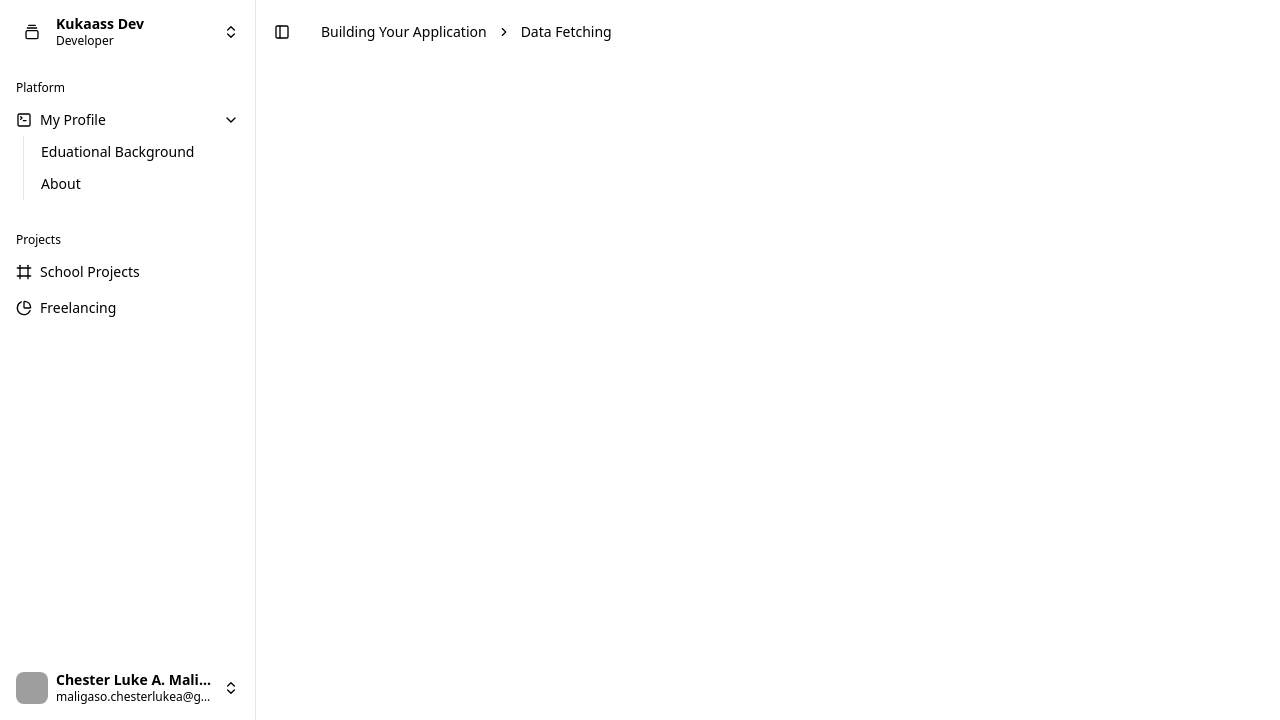
Repository: Kukaas/Kukaass-Portfolio
Page: /
An editor plug-in stored every save of this project. The page is shown before and after the next save, followed by the edit.
The browser window is 1280 px wide. The pictures show the whole page.
Pictures or frames that could not be fetched are drawn as grey boxes. The project was rebuilt for these pictures with package versions that can differ from the ones it lists, and the page was loaded fresh each time. Also part of the build but not shown: vite.config.js, src/components/ui/input.jsx, src/components/ui/sheet.jsx, src/components/ui/skeleton.jsx.

Above is the page before, as saved 2024-12-17 13:19:00.

### index.html
<!DOCTYPE html>
<html lang="en">
  <head>
    <meta charset="UTF-8" />
    <link rel="icon" type="image/svg+xml" href="/vite.svg" />
    <meta name="viewport" content="width=device-width, initial-scale=1.0" />
    <title>Kukaass Dev</title>
  </head>
  <body>
    <div id="root"></div>
    <script type="module" src="/src/main.jsx"></script>
  </body>
</html>

### src/App.jsx
import Home from "./components/dashboard/Home";

function App() {
  return (
    <div>
      <Home />
    </div>
  );
}

export default App;

### src/components/dashboard/Home.jsx
import { AppSidebar } from "@/components/app-sidebar";
import {
  Breadcrumb,
  BreadcrumbItem,
  BreadcrumbLink,
  BreadcrumbList,
  BreadcrumbPage,
  BreadcrumbSeparator,
} from "@/components/ui/breadcrumb";
import { Separator } from "@/components/ui/separator";
import {
  SidebarInset,
  SidebarProvider,
  SidebarTrigger,
} from "@/components/ui/sidebar";

export default function Home() {
  return (
    <SidebarProvider>
      <AppSidebar />
      <SidebarInset>
        <header className="flex h-16 shrink-0 items-center gap-2 transition-[width,height] ease-linear group-has-[[data-collapsible=icon]]/sidebar-wrapper:h-12">
          <div className="flex items-center gap-2 px-4">
            <SidebarTrigger className="-ml-1" />
            <Separator orientation="vertical" className="mr-2 h-4" />
            <Breadcrumb>
              <BreadcrumbList>
                <BreadcrumbItem className="hidden md:block">
                  <BreadcrumbLink href="#">
                    Building Your Application
                  </BreadcrumbLink>
                </BreadcrumbItem>
                <BreadcrumbSeparator className="hidden md:block" />
                <BreadcrumbItem>
                  <BreadcrumbPage>Data Fetching</BreadcrumbPage>
                </BreadcrumbItem>
              </BreadcrumbList>
            </Breadcrumb>
          </div>
        </header>
        <div className="flex flex-1 flex-col gap-4 p-4 pt-0">
          <div className="grid auto-rows-min gap-4 md:grid-cols-3">
            <div className="aspect-video rounded-xl bg-muted/50" />
            <div className="aspect-video rounded-xl bg-muted/50" />
            <div className="aspect-video rounded-xl bg-muted/50" />
          </div>
          <div className="min-h-[100vh] flex-1 rounded-xl bg-muted/50 md:min-h-min" />
        </div>
      </SidebarInset>
    </SidebarProvider>
  );
}

### src/components/app-sidebar.jsx
import {
  Frame,
  GalleryVerticalEnd,
  PieChart,
  SquareTerminal,
} from "lucide-react";

import { NavMain } from "@/components/nav-main";
import { NavProjects } from "@/components/nav-projects";
import { NavUser } from "@/components/nav-user";
import { TeamSwitcher } from "@/components/team-switcher";
import {
  Sidebar,
  SidebarContent,
  SidebarFooter,
  SidebarHeader,
  SidebarRail,
} from "@/components/ui/sidebar";

// This is sample data.
const data = {
  user: {
    name: "Chester Luke A. Maligaso",
    email: "maligaso.chesterlukea@gmail.com",
    avatar: "/avatars/shadcn.jpg",
  },
  teams: [
    {
      name: "Kukaass Dev",
      logo: GalleryVerticalEnd,
      plan: "Developer",
    },
  ],
  navMain: [
    {
      title: "My Profile",
      url: "#",
      icon: SquareTerminal,
      isActive: true,
      items: [
        {
          title: "Eduational Background",
          url: "#",
        },
        {
          title: "About",
          url: "#",
        },
      ],
    },
  ],
  projects: [
    {
      name: "School Projects",
      url: "#",
      icon: Frame,
    },
    {
      name: "Freelancing",
      url: "#",
      icon: PieChart,
    },
  ],
};

export function AppSidebar({ ...props }) {
  return (
    <Sidebar collapsible="icon" {...props}>
      <SidebarHeader>
        <TeamSwitcher teams={data.teams} />
      </SidebarHeader>
      <SidebarContent>
        <NavMain items={data.navMain} />
        <NavProjects projects={data.projects} />
      </SidebarContent>
      <SidebarFooter>
        <NavUser user={data.user} />
      </SidebarFooter>
      <SidebarRail />
    </Sidebar>
  );
}

### src/components/ui/breadcrumb.jsx
import * as React from "react"
import { Slot } from "@radix-ui/react-slot"
import { ChevronRight, MoreHorizontal } from "lucide-react"

import { cn } from "@/lib/utils"

const Breadcrumb = React.forwardRef(
  ({ ...props }, ref) => <nav ref={ref} aria-label="breadcrumb" {...props} />
)
Breadcrumb.displayName = "Breadcrumb"

const BreadcrumbList = React.forwardRef(({ className, ...props }, ref) => (
  <ol
    ref={ref}
    className={cn(
      "flex flex-wrap items-center gap-1.5 break-words text-sm text-muted-foreground sm:gap-2.5",
      className
    )}
    {...props} />
))
BreadcrumbList.displayName = "BreadcrumbList"

const BreadcrumbItem = React.forwardRef(({ className, ...props }, ref) => (
  <li
    ref={ref}
    className={cn("inline-flex items-center gap-1.5", className)}
    {...props} />
))
BreadcrumbItem.displayName = "BreadcrumbItem"

const BreadcrumbLink = React.forwardRef(({ asChild, className, ...props }, ref) => {
  const Comp = asChild ? Slot : "a"

  return (
    (<Comp
      ref={ref}
      className={cn("transition-colors hover:text-foreground", className)}
      {...props} />)
  );
})
BreadcrumbLink.displayName = "BreadcrumbLink"

const BreadcrumbPage = React.forwardRef(({ className, ...props }, ref) => (
  <span
    ref={ref}
    role="link"
    aria-disabled="true"
    aria-current="page"
    className={cn("font-normal text-foreground", className)}
    {...props} />
))
BreadcrumbPage.displayName = "BreadcrumbPage"

const BreadcrumbSeparator = ({
  children,
  className,
  ...props
}) => (
  <li
    role="presentation"
    aria-hidden="true"
    className={cn("[&>svg]:w-3.5 [&>svg]:h-3.5", className)}
    {...props}>
    {children ?? <ChevronRight />}
  </li>
)
BreadcrumbSeparator.displayName = "BreadcrumbSeparator"

const BreadcrumbEllipsis = ({
  className,
  ...props
}) => (
  <span
    role="presentation"
    aria-hidden="true"
    className={cn("flex h-9 w-9 items-center justify-center", className)}
    {...props}>
    <MoreHorizontal className="h-4 w-4" />
    <span className="sr-only">More</span>
  </span>
)
BreadcrumbEllipsis.displayName = "BreadcrumbElipssis"

export {
  Breadcrumb,
  BreadcrumbList,
  BreadcrumbItem,
  BreadcrumbLink,
  BreadcrumbPage,
  BreadcrumbSeparator,
  BreadcrumbEllipsis,
}

### src/components/nav-main.jsx
"use client"

import { ChevronRight } from "lucide-react";

import {
  Collapsible,
  CollapsibleContent,
  CollapsibleTrigger,
} from "@/components/ui/collapsible"
import {
  SidebarGroup,
  SidebarGroupLabel,
  SidebarMenu,
  SidebarMenuButton,
  SidebarMenuItem,
  SidebarMenuSub,
  SidebarMenuSubButton,
  SidebarMenuSubItem,
} from "@/components/ui/sidebar"

export function NavMain({
  items
}) {
  return (
    (<SidebarGroup>
      <SidebarGroupLabel>Platform</SidebarGroupLabel>
      <SidebarMenu>
        {items.map((item) => (
          <Collapsible
            key={item.title}
            asChild
            defaultOpen={item.isActive}
            className="group/collapsible">
            <SidebarMenuItem>
              <CollapsibleTrigger asChild>
                <SidebarMenuButton tooltip={item.title}>
                  {item.icon && <item.icon />}
                  <span>{item.title}</span>
                  <ChevronRight
                    className="ml-auto transition-transform duration-200 group-data-[state=open]/collapsible:rotate-90" />
                </SidebarMenuButton>
              </CollapsibleTrigger>
              <CollapsibleContent>
                <SidebarMenuSub>
                  {item.items?.map((subItem) => (
                    <SidebarMenuSubItem key={subItem.title}>
                      <SidebarMenuSubButton asChild>
                        <a href={subItem.url}>
                          <span>{subItem.title}</span>
                        </a>
                      </SidebarMenuSubButton>
                    </SidebarMenuSubItem>
                  ))}
                </SidebarMenuSub>
              </CollapsibleContent>
            </SidebarMenuItem>
          </Collapsible>
        ))}
      </SidebarMenu>
    </SidebarGroup>)
  );
}

### src/components/nav-projects.jsx
import { Folder, Forward, MoreHorizontal, Trash2 } from "lucide-react";

import {
  DropdownMenu,
  DropdownMenuContent,
  DropdownMenuItem,
  DropdownMenuSeparator,
  DropdownMenuTrigger,
} from "@/components/ui/dropdown-menu";
import {
  SidebarGroup,
  SidebarGroupLabel,
  SidebarMenu,
  SidebarMenuAction,
  SidebarMenuButton,
  SidebarMenuItem,
  useSidebar,
} from "@/components/ui/sidebar";

export function NavProjects({ projects }) {
  const { isMobile } = useSidebar();

  return (
    <SidebarGroup className="group-data-[collapsible=icon]:hidden">
      <SidebarGroupLabel>Projects</SidebarGroupLabel>
      <SidebarMenu>
        {projects.map((item) => (
          <SidebarMenuItem key={item.name}>
            <SidebarMenuButton asChild>
              <a href={item.url}>
                <item.icon />
                <span>{item.name}</span>
              </a>
            </SidebarMenuButton>
            <DropdownMenu>
              <DropdownMenuTrigger asChild>
                <SidebarMenuAction showOnHover>
                  <MoreHorizontal />
                  <span className="sr-only">More</span>
                </SidebarMenuAction>
              </DropdownMenuTrigger>
              <DropdownMenuContent
                className="w-48 rounded-lg"
                side={isMobile ? "bottom" : "right"}
                align={isMobile ? "end" : "start"}
              >
                <DropdownMenuItem>
                  <Folder className="text-muted-foreground" />
                  <span>View Project</span>
                </DropdownMenuItem>
                <DropdownMenuItem>
                  <Forward className="text-muted-foreground" />
                  <span>Share Project</span>
                </DropdownMenuItem>
                <DropdownMenuSeparator />
                <DropdownMenuItem>
                  <Trash2 className="text-muted-foreground" />
                  <span>Delete Project</span>
                </DropdownMenuItem>
              </DropdownMenuContent>
            </DropdownMenu>
          </SidebarMenuItem>
        ))}
      </SidebarMenu>
    </SidebarGroup>
  );
}

### src/components/nav-user.jsx
"use client";

import {
  BadgeCheck,
  Bell,
  ChevronsUpDown,
  CreditCard,
  LogOut,
  Sparkles,
} from "lucide-react";

import { Avatar, AvatarFallback, AvatarImage } from "@/components/ui/avatar";
import {
  DropdownMenu,
  DropdownMenuContent,
  DropdownMenuGroup,
  DropdownMenuItem,
  DropdownMenuLabel,
  DropdownMenuSeparator,
  DropdownMenuTrigger,
} from "@/components/ui/dropdown-menu";
import {
  SidebarMenu,
  SidebarMenuButton,
  SidebarMenuItem,
  useSidebar,
} from "@/components/ui/sidebar";

export function NavUser({ user }) {
  const { isMobile } = useSidebar();

  return (
    <SidebarMenu>
      <SidebarMenuItem>
        <DropdownMenu>
          <DropdownMenuTrigger asChild>
            <SidebarMenuButton
              size="lg"
              className="data-[state=open]:bg-sidebar-accent data-[state=open]:text-sidebar-accent-foreground"
            >
              <Avatar className="h-8 w-8 rounded-lg">
                <AvatarImage src={user.avatar} alt={user.name} />
                <AvatarFallback className="rounded-lg">CN</AvatarFallback>
              </Avatar>
              <div className="grid flex-1 text-left text-sm leading-tight">
                <span className="truncate font-semibold">{user.name}</span>
                <span className="truncate text-xs">{user.email}</span>
              </div>
              <ChevronsUpDown className="ml-auto size-4" />
            </SidebarMenuButton>
          </DropdownMenuTrigger>
          <DropdownMenuContent
            className="w-[--radix-dropdown-menu-trigger-width] min-w-56 rounded-lg"
            side={isMobile ? "bottom" : "right"}
            align="end"
            sideOffset={4}
          >
            <DropdownMenuLabel className="p-0 font-normal">
              <div className="flex items-center gap-2 px-1 py-1.5 text-left text-sm">
                <Avatar className="h-8 w-8 rounded-lg">
                  <AvatarImage src={user.avatar} alt={user.name} />
                  <AvatarFallback className="rounded-lg">CN</AvatarFallback>
                </Avatar>
                <div className="grid flex-1 text-left text-sm leading-tight">
                  <span className="truncate font-semibold">{user.name}</span>
                  <span className="truncate text-xs">{user.email}</span>
                </div>
              </div>
            </DropdownMenuLabel>
          </DropdownMenuContent>
        </DropdownMenu>
      </SidebarMenuItem>
    </SidebarMenu>
  );
}

### src/components/team-switcher.jsx
import * as React from "react";
import { ChevronsUpDown } from "lucide-react";

import {
  DropdownMenu,
  DropdownMenuContent,
  DropdownMenuItem,
  DropdownMenuLabel,
  DropdownMenuShortcut,
  DropdownMenuTrigger,
} from "@/components/ui/dropdown-menu";
import {
  SidebarMenu,
  SidebarMenuButton,
  SidebarMenuItem,
  useSidebar,
} from "@/components/ui/sidebar";

export function TeamSwitcher({ teams }) {
  const { isMobile } = useSidebar();
  const [activeTeam, setActiveTeam] = React.useState(teams[0]);

  return (
    <SidebarMenu>
      <SidebarMenuItem>
        <DropdownMenu>
          <DropdownMenuTrigger asChild>
            <SidebarMenuButton
              size="lg"
              className="data-[state=open]:bg-sidebar-accent data-[state=open]:text-sidebar-accent-foreground"
            >
              <div className="flex aspect-square size-8 items-center justify-center rounded-lg bg-sidebar-primary text-sidebar-primary-foreground">
                <activeTeam.logo className="size-4" />
              </div>
              <div className="grid flex-1 text-left text-sm leading-tight">
                <span className="truncate font-semibold">
                  {activeTeam.name}
                </span>
                <span className="truncate text-xs">{activeTeam.plan}</span>
              </div>
              <ChevronsUpDown className="ml-auto" />
            </SidebarMenuButton>
          </DropdownMenuTrigger>
          <DropdownMenuContent
            className="w-[--radix-dropdown-menu-trigger-width] min-w-56 rounded-lg"
            align="start"
            side={isMobile ? "bottom" : "right"}
            sideOffset={4}
          >
            <DropdownMenuLabel className="text-xs text-muted-foreground">
              Teams
            </DropdownMenuLabel>
            {teams.map((team, index) => (
              <DropdownMenuItem
                key={team.name}
                onClick={() => setActiveTeam(team)}
                className="gap-2 p-2"
              >
                <div className="flex size-6 items-center justify-center rounded-sm border">
                  <team.logo className="size-4 shrink-0" />
                </div>
                {team.name}
                <DropdownMenuShortcut>⌘{index + 1}</DropdownMenuShortcut>
              </DropdownMenuItem>
            ))}
          </DropdownMenuContent>
        </DropdownMenu>
      </SidebarMenuItem>
    </SidebarMenu>
  );
}

### src/components/ui/button.jsx
import * as React from "react"
import { Slot } from "@radix-ui/react-slot"
import { cva } from "class-variance-authority";

import { cn } from "@/lib/utils"

const buttonVariants = cva(
  "inline-flex items-center justify-center gap-2 whitespace-nowrap rounded-md text-sm font-medium ring-offset-background transition-colors focus-visible:outline-none focus-visible:ring-2 focus-visible:ring-ring focus-visible:ring-offset-2 disabled:pointer-events-none disabled:opacity-50 [&_svg]:pointer-events-none [&_svg]:size-4 [&_svg]:shrink-0",
  {
    variants: {
      variant: {
        default: "bg-primary text-primary-foreground hover:bg-primary/90",
        destructive:
          "bg-destructive text-destructive-foreground hover:bg-destructive/90",
        outline:
          "border border-input bg-background hover:bg-accent hover:text-accent-foreground",
        secondary:
          "bg-secondary text-secondary-foreground hover:bg-secondary/80",
        ghost: "hover:bg-accent hover:text-accent-foreground",
        link: "text-primary underline-offset-4 hover:underline",
      },
      size: {
        default: "h-10 px-4 py-2",
        sm: "h-9 rounded-md px-3",
        lg: "h-11 rounded-md px-8",
        icon: "h-10 w-10",
      },
    },
    defaultVariants: {
      variant: "default",
      size: "default",
    },
  }
)

const Button = React.forwardRef(({ className, variant, size, asChild = false, ...props }, ref) => {
  const Comp = asChild ? Slot : "button"
  return (
    (<Comp
      className={cn(buttonVariants({ variant, size, className }))}
      ref={ref}
      {...props} />)
  );
})
Button.displayName = "Button"

export { Button, buttonVariants }

### src/components/ui/tooltip.jsx
import * as React from "react"
import * as TooltipPrimitive from "@radix-ui/react-tooltip"

import { cn } from "@/lib/utils"

const TooltipProvider = TooltipPrimitive.Provider

const Tooltip = TooltipPrimitive.Root

const TooltipTrigger = TooltipPrimitive.Trigger

const TooltipContent = React.forwardRef(({ className, sideOffset = 4, ...props }, ref) => (
  <TooltipPrimitive.Content
    ref={ref}
    sideOffset={sideOffset}
    className={cn(
      "z-50 overflow-hidden rounded-md border bg-popover px-3 py-1.5 text-sm text-popover-foreground shadow-md animate-in fade-in-0 zoom-in-95 data-[state=closed]:animate-out data-[state=closed]:fade-out-0 data-[state=closed]:zoom-out-95 data-[side=bottom]:slide-in-from-top-2 data-[side=left]:slide-in-from-right-2 data-[side=right]:slide-in-from-left-2 data-[side=top]:slide-in-from-bottom-2",
      className
    )}
    {...props} />
))
TooltipContent.displayName = TooltipPrimitive.Content.displayName

export { Tooltip, TooltipTrigger, TooltipContent, TooltipProvider }

### src/components/ui/avatar.jsx
import * as React from "react"
import * as AvatarPrimitive from "@radix-ui/react-avatar"

import { cn } from "@/lib/utils"

const Avatar = React.forwardRef(({ className, ...props }, ref) => (
  <AvatarPrimitive.Root
    ref={ref}
    className={cn("relative flex h-10 w-10 shrink-0 overflow-hidden rounded-full", className)}
    {...props} />
))
Avatar.displayName = AvatarPrimitive.Root.displayName

const AvatarImage = React.forwardRef(({ className, ...props }, ref) => (
  <AvatarPrimitive.Image
    ref={ref}
    className={cn("aspect-square h-full w-full", className)}
    {...props} />
))
AvatarImage.displayName = AvatarPrimitive.Image.displayName

const AvatarFallback = React.forwardRef(({ className, ...props }, ref) => (
  <AvatarPrimitive.Fallback
    ref={ref}
    className={cn(
      "flex h-full w-full items-center justify-center rounded-full bg-muted",
      className
    )}
    {...props} />
))
AvatarFallback.displayName = AvatarPrimitive.Fallback.displayName

export { Avatar, AvatarImage, AvatarFallback }

Loaded but not shown: src/main.jsx (common file); src/index.css (common file); src/components/ui/separator.jsx (common file); src/lib/utils.js (common file); src/hooks/use-mobile.jsx (common file); src/components/ui/collapsible.jsx (common file); tailwind.config.js (common file); src/components/ui/sidebar.jsx (620 lines, source omitted); src/components/ui/dropdown-menu.jsx (157 lines, source omitted)

After the next save:
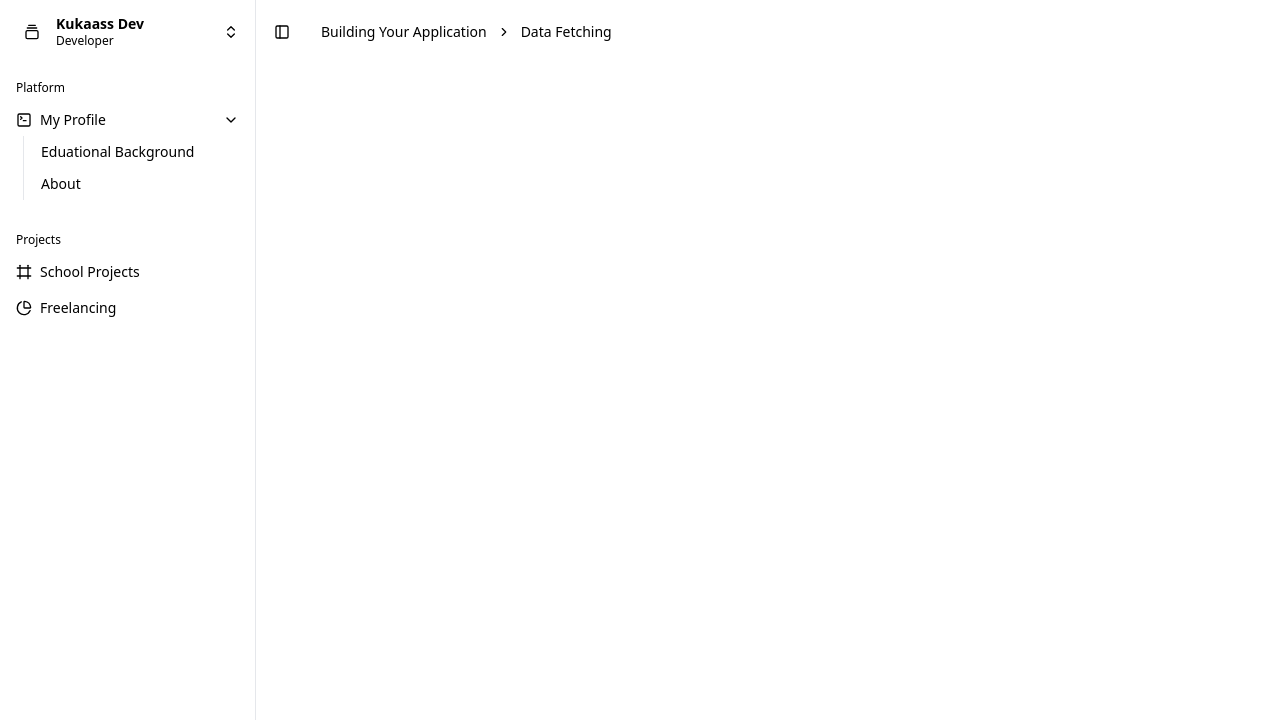
Saved 33 s later.
--- a/src/components/app-sidebar.jsx
+++ b/src/components/app-sidebar.jsx
@@ -73,9 +73,6 @@ export function AppSidebar({ ...props }) {
         <NavMain items={data.navMain} />
         <NavProjects projects={data.projects} />
       </SidebarContent>
-      <SidebarFooter>
-        <NavUser user={data.user} />
-      </SidebarFooter>
       <SidebarRail />
     </Sidebar>
   );
